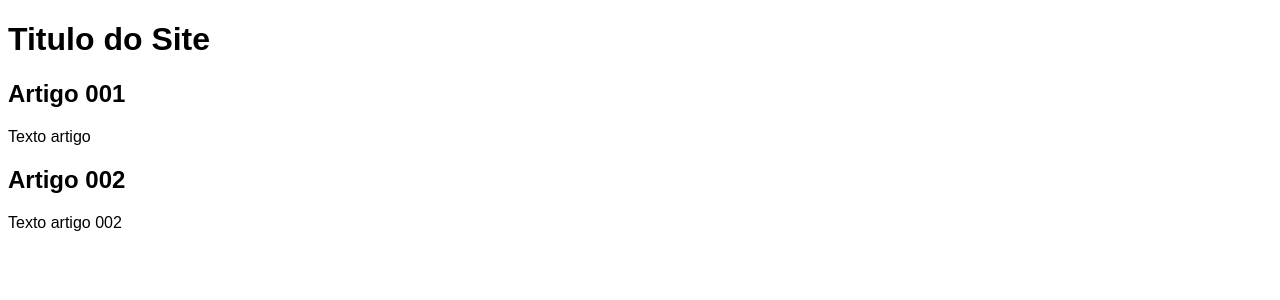
Repository: robertacristinaabreu01/projeto-siteGitHub
Page: index.html
An editor plug-in stored every save of this project. The page is shown before and after a run of saves, followed by the edit.
The browser window is 1280 px wide. The pictures show the whole page.

Above is the page before, as saved 2021-01-23 21:47:44.

After the next 2 saves:
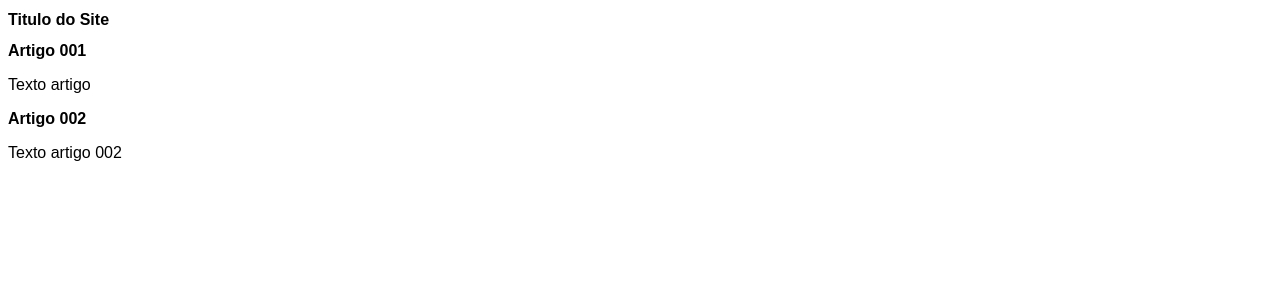
The 2 saves are shown as one change because they came seconds apart.
The last was saved 9 s later.
--- a/estilos/style.css
+++ b/estilos/style.css
@@ -1,4 +1,8 @@
 *{
     font-family: Arial, helvetica, sans-serif;
-    font-size: 16
+    font-size: 16px;
 }
+
+body{
+
+}
